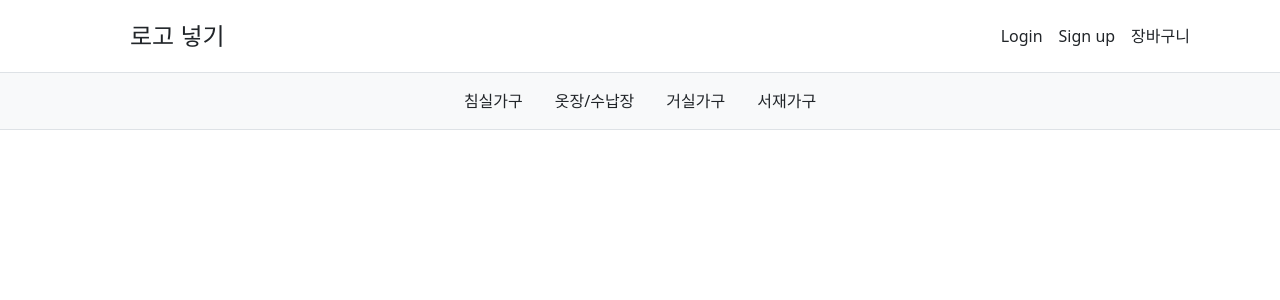
Repository: raoniee/Elice-House-Project
Page: FE/src/components/header/header.html
An editor plug-in stored every save of this project. The page is shown before and after the next save, followed by the edit.
The browser window is 1280 px wide. The pictures show the whole page.

Above is the page before, as saved 2023-07-04 16:30:35.

### FE/src/components/header/header.html
<!DOCTYPE html>
<html lang="ko">
  <head>
    <meta charset="UTF-8" />
    <meta http-equiv="X-UA-Compatible" content="IE=edge" />
    <meta name="viewport" content="width=device-width, initial-scale=1.0" />
    <title>Elice-House</title>
    <link
      href="https://cdn.jsdelivr.net/npm/bootstrap@5.2.3/dist/css/bootstrap.min.css"
      rel="stylesheet"
      integrity="sha384-rbsA2VBKQhggwzxH7pPCaAqO46MgnOM80zW1RWuH61DGLwZJEdK2Kadq2F9CUG65"
      crossorigin="anonymous"
    />
    <style>
      /* * {
        outline: 1px solid #363;
      } */
    </style>
  </head>

  <body>
    <header class="py-3 border-bottom">
      <div class="container d-flex flex-wrap justify-content-center">
        <a
          href="/"
          class="d-flex align-items-center mb-3 mb-lg-0 me-lg-auto text-dark text-decoration-none"
        >
          <svg class="bi me-2" width="40" height="32">
            <use xlink:href="#bootstrap" />
          </svg>
          <span class="fs-4">로고 넣기</span>
        </a>
        <ul class="nav">
          <li class="nav-item">
            <a href="" class="nav-link link-dark px-2">Login</a>
          </li>
          <li class="nav-item">
            <a href="" class="nav-link link-dark px-2">Sign up</a>
          </li>
          <li class="nav-item">
            <a href="" class="nav-link link-dark px-2">장바구니</a>
          </li>
        </ul>
      </div>
    </header>
    <nav class="py-2 bg-light border-bottom">
      <div class="container">
        <ul class="nav justify-content-center nav-pills">
          <li class="nav-item">
            <div class="dropdown text-end">
              <a
                href="#"
                class="d-block link-dark text-decoration-none nav-link"
                data-bs-toggle="dropdown"
                aria-expanded="false"
                >침실가구
              </a>
              <ul class="dropdown-menu text-small">
                <li><a class="dropdown-item" href="#">침대</a></li>
                <li><a class="dropdown-item" href="#">매트리스/토퍼</a></li>
                <li><a class="dropdown-item" href="#">화장대/콘솔/거울</a></li>
                <li><a class="dropdown-item" href="#">서랍장/협탁</a></li>
              </ul>
            </div>
          </li>
          <li class="nav-item">
            <div class="dropdown text-end">
              <a
                href="#"
                class="d-block link-dark text-decoration-none nav-link"
                data-bs-toggle="dropdown"
                aria-expanded="false"
                >옷장/수납장
              </a>
              <ul class="dropdown-menu text-small">
                <li><a class="dropdown-item" href="#">침대</a></li>
                <li><a class="dropdown-item" href="#">매트리스/토퍼</a></li>
                <li><a class="dropdown-item" href="#">화장대/콘솔/거울</a></li>
                <li><a class="dropdown-item" href="#">서랍장/협탁</a></li>
              </ul>
            </div>
          </li>
          <li class="nav-item">
            <div class="dropdown text-end">
              <a
                href="#"
                class="d-block link-dark text-decoration-none nav-link"
                data-bs-toggle="dropdown"
                aria-expanded="false"
                >거실가구
              </a>
              <ul class="dropdown-menu text-small">
                <li><a class="dropdown-item" href="#">침대</a></li>
                <li><a class="dropdown-item" href="#">매트리스/토퍼</a></li>
                <li><a class="dropdown-item" href="#">화장대/콘솔/거울</a></li>
                <li><a class="dropdown-item" href="#">서랍장/협탁</a></li>
              </ul>
            </div>
          </li>
          <li class="nav-item">
            <div class="dropdown text-end">
              <a
                href="#"
                class="d-block link-dark text-decoration-none nav-link"
                data-bs-toggle="dropdown"
                aria-expanded="false"
                >서재가구
              </a>
              <ul class="dropdown-menu text-small">
                <li><a class="dropdown-item" href="#">침대</a></li>
                <li><a class="dropdown-item" href="#">매트리스/토퍼</a></li>
                <li><a class="dropdown-item" href="#">화장대/콘솔/거울</a></li>
                <li><a class="dropdown-item" href="#">서랍장/협탁</a></li>
              </ul>
            </div>
          </li>
        </ul>
      </div>
    </nav>
    <script
      src="https://cdn.jsdelivr.net/npm/bootstrap@5.2.3/dist/js/bootstrap.bundle.min.js"
      integrity="sha384-kenU1KFdBIe4zVF0s0G1M5b4hcpxyD9F7jL+jjXkk+Q2h455rYXK/7HAuoJl+0I4"
      crossorigin="anonymous"
    ></script>
  </body>
</html>

After the next save:
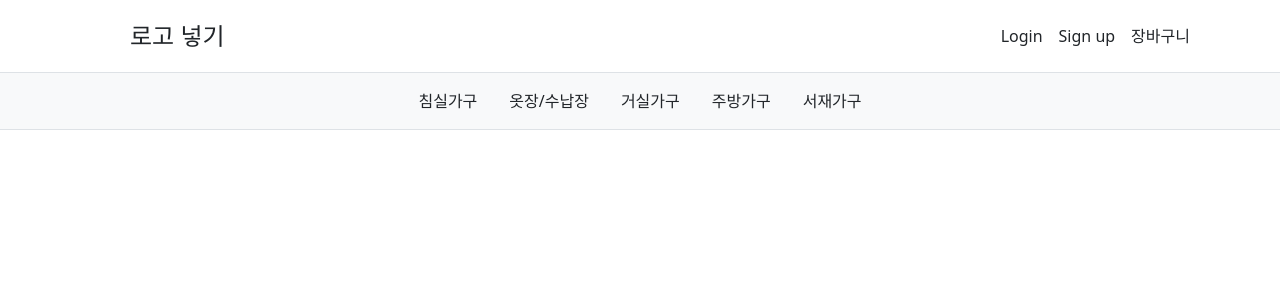
Saved 2 min 21 s later.
--- a/FE/src/components/header/header.html
+++ b/FE/src/components/header/header.html
@@ -73,10 +73,8 @@
                 >옷장/수납장
               </a>
               <ul class="dropdown-menu text-small">
-                <li><a class="dropdown-item" href="#">침대</a></li>
-                <li><a class="dropdown-item" href="#">매트리스/토퍼</a></li>
-                <li><a class="dropdown-item" href="#">화장대/콘솔/거울</a></li>
-                <li><a class="dropdown-item" href="#">서랍장/협탁</a></li>
+                <li><a class="dropdown-item" href="#">옷장/붙박이장</a></li>
+                <li><a class="dropdown-item" href="#">드레스룸/행거</a></li>
               </ul>
             </div>
           </li>
@@ -90,10 +88,25 @@
                 >거실가구
               </a>
               <ul class="dropdown-menu text-small">
-                <li><a class="dropdown-item" href="#">침대</a></li>
-                <li><a class="dropdown-item" href="#">매트리스/토퍼</a></li>
-                <li><a class="dropdown-item" href="#">화장대/콘솔/거울</a></li>
-                <li><a class="dropdown-item" href="#">서랍장/협탁</a></li>
+                <li><a class="dropdown-item" href="#">소파</a></li>
+                <li><a class="dropdown-item" href="#">거실테이블</a></li>
+                <li><a class="dropdown-item" href="#">거실장</a></li>
+              </ul>
+            </div>
+          </li>
+          <li class="nav-item">
+            <div class="dropdown text-end">
+              <a
+                href="#"
+                class="d-block link-dark text-decoration-none nav-link"
+                data-bs-toggle="dropdown"
+                aria-expanded="false"
+                >주방가구
+              </a>
+              <ul class="dropdown-menu text-small">
+                <li><a class="dropdown-item" href="#">식탁/테이블</a></li>
+                <li><a class="dropdown-item" href="#">홈바/아일랜드식탁</a></li>
+                <li><a class="dropdown-item" href="#">식탁세트</a></li>
               </ul>
             </div>
           </li>
@@ -107,10 +120,8 @@
                 >서재가구
               </a>
               <ul class="dropdown-menu text-small">
-                <li><a class="dropdown-item" href="#">침대</a></li>
-                <li><a class="dropdown-item" href="#">매트리스/토퍼</a></li>
-                <li><a class="dropdown-item" href="#">화장대/콘솔/거울</a></li>
-                <li><a class="dropdown-item" href="#">서랍장/협탁</a></li>
+                <li><a class="dropdown-item" href="#">책상/책장/ACC</a></li>
+                <li><a class="dropdown-item" href="#">서재의자</a></li>
               </ul>
             </div>
           </li>
